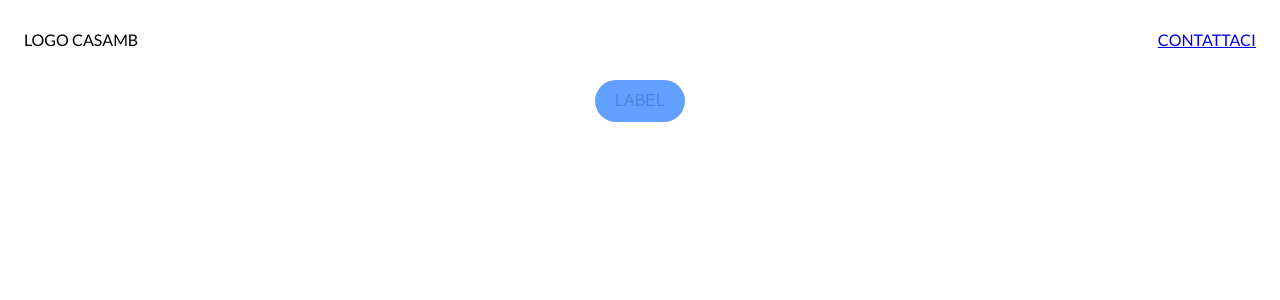
Repository: nicolorz/casamb
Page: /
These files come from the project's save history. The page is drawn as it stood at one moment and after the next save; the edit follows.
The browser window is 1280 px wide. The pictures show the whole page.
The pointer rests on the first visible `.sorting-btn`.
The project was rebuilt for these pictures with package versions that can differ from the ones it lists, and the page was loaded fresh each time. Also part of the build but not shown: src/index.css, src/App.css.

Above is the page before, as saved 2023-07-18 17:47:22.

### src/index.js
import React from 'react';
import ReactDOM from 'react-dom/client';
import './index.css';
import './assets/css/reset.css'
import './assets/css/style.css'
import App from './App';
import reportWebVitals from './reportWebVitals';

const root = ReactDOM.createRoot(document.getElementById('root'));
root.render(
  <React.StrictMode>
    <App />
  </React.StrictMode>
);

// If you want to start measuring performance in your app, pass a function
// to log results (for example: reportWebVitals(console.log))
// or send to an analytics endpoint. Learn more: https://bit.ly/CRA-vitals
reportWebVitals();

### src/assets/css/style.css
@import url('https://fonts.googleapis.com/css2?family=Lato:ital,wght@0,300;0,400;0,700;1,300;1,400;1,700&display=swap');

html, body {
  margin: 0;
  padding: 0;
  font-size: 16px;
  font-family: 'Lato', sans-serif;
}

.main-wrapper {
  width: 100vw;
  height: 100vh;
  background-color: #fff;
/*   display: flex;
  flex-flow: row nowrap; */
}

/* .sidebar {
  flex: 1;
  background-color: #f6f6f6;
  display: flex;
  flex-flow: column nowrap;
}

.card-wrapper {
  flex: 4;
  padding: 1rem;
  box-sizing: border-box;
  background-color: #EFF8FF;
  border: 1px solid #62A1FF;
  display: flex;
  flex-flow: row nowrap;
  align-items: flex-start;
  gap: 1rem;
}

.footer, .area-buttons {
  width: 100%;
  padding: 1rem;
  box-sizing: border-box;
  background-color: #EFF8FF;
  border: 1px solid #62A1FF;
}

.foooter {
  flex: 0 1 auto;
}

.area-buttons {
  flex: 1 0 auto;
}

.area-buttons {
  display: flex;
  flex-flow: column nowrap;
  gap: 0.5rem;
}

.area-buttons > button {
  align-self: flex-start;
}

.card {
  flex: 0 1 33%;
  padding: 1rem;
  background-color: #62A1FF;
  /* align-self: flex-start;
}

.card > img {
  width: 100%;
} */

### src/App.js
import logo from './logo.svg';
import './App.css';
import  {Header} from './components/HeaderWrapper/HeaderWrapper';

function App() {

  return (
    <div className="main-wrapper">
      <Header />
    </div>
  );
}

export default App;

### src/components/HeaderWrapper/HeaderWrapper.js
import './Header.css'
import { HeaderBottom } from './HeaderBottom'
import { HeaderTop } from './HeaderTop'

export const Header = () => {
    return <div className="header">
        <HeaderTop />
        <HeaderBottom />
    </div>
}

### src/components/HeaderWrapper/Header.css
.header {
    width: 100%;
    padding: 0 24px;
    box-sizing: border-box;
    position: fixed;
    top: 0;
    left: 0;
}

.header-top {
    width: 100%;
    display: flex;
    flex-flow: row nowrap;
    justify-content: space-between;
    align-items: center;
}

.header-top_logo {
    padding: 2rem 0;
}

.header-bottom {
    width: 100%;
    display: flex;
    flex-flow: column nowrap;
    align-items: center;
}

### src/components/HeaderWrapper/HeaderBottom.js
import { SortingBtn } from "../SortingBtn/Sortingbtn"

export const HeaderBottom = () => {
    return (
        <div className="header-bottom">
            <SortingBtn />
        </div>
    )
}

### src/components/HeaderWrapper/HeaderTop.js
export const HeaderTop = () => {
    return <div className="header-top">
        <div className="header-top_logo">LOGO CASAMB</div>
        <a href="*" target="_self">CONTATTACI</a>
    </div>
}

### src/components/SortingBtn/Sortingbtn.js
import './Sortingbtn.css'

export const SortingBtn = () => (
  <button className="sorting-btn">LABEL</button>
);

### src/components/SortingBtn/Sortingbtn.css
.sorting-btn {
    background-color: #62A1FF;
    color: #fff;
    padding: 12px 20px;
    border: none;
    border-radius: 50px;
    -webkit-border-radius: 50px;
    -moz-border-radius: 50px;
    -ms-border-radius: 50px;
    -o-border-radius: 50px;
    font-size: 16px;
    cursor: pointer;
    transition: all 0.1s;
    -webkit-transition: all 0.1s;
    -moz-transition: all 0.1s;
    -ms-transition: all 0.1s;
    -o-transition: all 0.1s;
}

.sorting-btn:hover {
    color: #4B84DA;
}

Loaded but not shown: public/index.html (common file); src/assets/css/reset.css (common file); src/reportWebVitals.js (common file); public/manifest.json (common file)

After the next save:
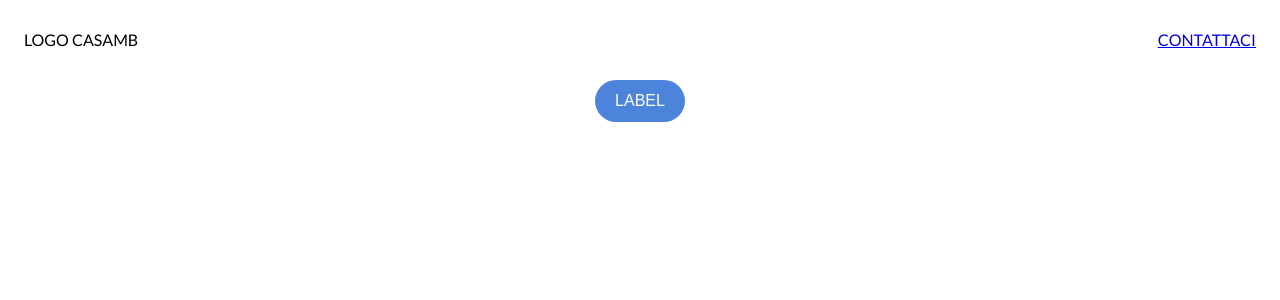
Saved 9 s later.
--- a/src/components/SortingBtn/Sortingbtn.css
+++ b/src/components/SortingBtn/Sortingbtn.css
@@ -18,5 +18,5 @@
 }
 
 .sorting-btn:hover {
-    color: #4B84DA;
+    background-color: #4B84DA;
 }
